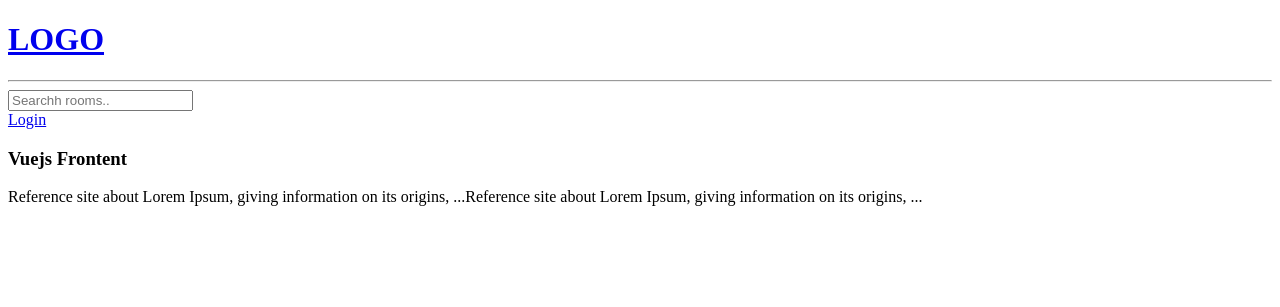
Repository: Dibbya65/Django-Basic
Page: http://localhost/room/13
The author's editor kept a copy of each file at every save. The page is drawn from the files as they stood at one save, then again after the next save.
The browser window is 1280 px wide. The pictures show the whole page.
The page is served by the project's application, run on Django 3.2 (manage.py). Other server files are loaded and not shown. The page reads the database file committed with the project.

Above is the page before, as saved 2021-11-16 03:01:54.

### base/templates/base/single-room.html
{% extends 'layouts/master.html' %}
{% block title %}{{room.name}}{% endblock title %}
{% block content %}
<h3>{{ room.name}} </h3>
<p>{{room.description}}</p>
{% endblock content %}

### templates/layouts/master.html
<!DOCTYPE html>
<html lang="en">

  <head>
    <meta charset="UTF-8" />
    <meta http-equiv="X-UA-Compatible" content="IE=edge" />
    <meta name="viewport" content="width=device-width, initial-scale=1.0" />
    <title>MySite | {% block title %} {% endblock %}</title>
  </head>

  <body>
    <a href="/">
      <h1>LOGO</h1>
    </a>
    <hr>
    <form action="{% url 'home' %}" method="GET">
      <input type="text" name="q" placeholder="Searchh rooms.." />
    </form>
    {% if request.user.is_authenticated %}
    <p>Hello {{ request.user.username }}</p>
    <a href="{% url 'logout' %}">Logout</a>
    {%else%}
    <a href="{% url 'login' %}">Login</a>
    {% endif %}
    {% if messages %}
    <ul class="messages">
      {% for message in messages %}
      <li>{{ message }}</li>
      {% endfor %}
    </ul>
    {% endif %}
    {% block content %}{% endblock %}
  </body>

</html>

### base/models.py
from django.db import models
from django.contrib.auth.models import User
# Create your models here.


# topic model
class Topic(models.Model):
    name = models.CharField(max_length=200)

    def __str__(self):
        return self.name

# room model


class Room(models.Model):
    host = models.ForeignKey(User, on_delete=models.SET_NULL, null=True)
    topic = models.ForeignKey(Topic, on_delete=models.SET_NULL, null=True)
    name = models.CharField(max_length=200)
    description = models.TextField(null=True, blank=True)
    Active = 'Active'
    Deactive = 'Deactive'
    STATUS_CHOICE = ((Active, Active), (Deactive, Deactive))
    status = models.CharField(
        max_length=50, choices=STATUS_CHOICE, default=Deactive)
    created_at = models.DateTimeField(auto_now_add=True)
    updated_at = models.DateTimeField(auto_now=True)

    class Meta:
        ordering = ['-updated_at', '-created_at']

    # string representation
    def __str__(self):
        return self.name

# message model


class Message(models.Model):
    user = models.ForeignKey(User, on_delete=models.CASCADE)
    room = models.ForeignKey(Room, on_delete=models.CASCADE)
    body = models.TextField()
    created_at = models.DateTimeField(auto_now_add=True)
    updated_at = models.DateTimeField(auto_now=True)

    def __str__(self):
        return self.body[0:50]

### base/views.py
from django.shortcuts import render, redirect
from django.http import HttpResponse
from django.db.models import Q
from django.contrib.auth.models import User
from django.contrib.auth import authenticate, login, logout
from django.contrib.auth.forms import UserCreationForm
from django.contrib import messages
from django.contrib.auth.decorators import login_required
from .models import Room, Topic
from .forms import RoomForm

# Create your views here.


def login_page(request):
    page = "login"

    if request.user.is_authenticated:
        return redirect("home")

    if request.method == "POST":
        username = request.POST.get("username").lower()
        password = request.POST.get("password")

        try:
            user = User.objects.get(username=username)
        except:
            messages.error(request, "User does not exist")

        user = authenticate(request, username=username, password=password)

        if user is not None:
            login(request, user)
            return redirect("home")
        else:
            messages.error(request, "Invalid credentials")

    context = {"page": page}
    return render(request, "base/login.html", context)


def logout_user(request):
    logout(request)
    return redirect("home")


def register_page(request):
    form = UserCreationForm()

    if request.method == "POST":
        form = UserCreationForm(request.POST)
        if form.is_valid():
            user = form.save(commit=False)
            user.username = user.username.lower()
            user.save()

            login(request, user)

            return redirect("home")
        else:
            messages.error(request, "User registration failed")

    context = {"form": form}

    return render(request, "base/login.html", context)


def home(request):
    q = request.GET.get("q") if request.GET.get("q") != None else ""
    rooms = Room.objects.filter(
        Q(topic__name__icontains=q) | Q(name__icontains=q) | Q(description__icontains=q)
    )
    topics = Topic.objects.all()
    room_count = rooms.count()
    context = {"rooms": rooms, "topics": topics, "room_count": room_count}
    return render(request, "base/home.html", context)


def room(request):
    rooms = Room.objects.all()
    context = {"rooms": rooms}
    return render(request, "base/room.html", context)


def roomdetail(request, pk):
    room = Room.objects.get(id=pk)
    context = {"room": room}
    return render(request, "base/single-room.html", context)


@login_required(login_url="login")
def create_room(request):
    form = RoomForm()
    if request.method == "POST":
        form = RoomForm(request.POST)
        if form.is_valid():
            form.save()
            return redirect("home")

    context = {"form": form}
    return render(request, "base/room_form.html", context)


@login_required(login_url="login")
def update_room(request, pk):
    room = Room.objects.get(id=pk)
    form = RoomForm(instance=room)

    if request.user != room.host:
        return HttpResponse("Unauthenticated!")

    if request.method == "POST":
        form = RoomForm(request.POST, instance=room)
        if form.is_valid():
            form.save()
            return redirect("home")

    context = {"form": form}
    return render(request, "base/room_form.html", context)


@login_required(login_url="login")
def delete_room(request, pk):
    room = Room.objects.get(id=pk)
    if request.user != room.host:
        return HttpResponse("Unauthenticated!")

    if request.method == "POST":
        room.delete()
        return redirect("home")
    return render(request, "base/delete.html", {"obj": room})

### studybud/urls.py
"""studybud URL Configuration

The `urlpatterns` list routes URLs to views. For more information please see:
    https://docs.djangoproject.com/en/3.2/topics/http/urls/
Examples:
Function views
    1. Add an import:  from my_app import views
    2. Add a URL to urlpatterns:  path('', views.home, name='home')
Class-based views
    1. Add an import:  from other_app.views import Home
    2. Add a URL to urlpatterns:  path('', Home.as_view(), name='home')
Including another URLconf
    1. Import the include() function: from django.urls import include, path
    2. Add a URL to urlpatterns:  path('blog/', include('blog.urls'))
"""
from django.contrib import admin
from django.urls import path, include


urlpatterns = [
    path('admin/', admin.site.urls),
    path('', include('base.urls'))
]

### base/urls.py
from django.urls import path
from . import views

urlpatterns = [
    path("login/", views.login_page, name="login"),
    path("register/", views.register_page, name="register"),
    path("logout/", views.logout_user, name="logout"),
    path("", views.home, name="home"),
    path("room/", views.room, name="room"),
    path("room/<str:pk>", views.roomdetail, name="room-detail"),
    path("create/room/", views.create_room, name="create-room"),
    path("update/room/<str:pk>/", views.update_room, name="update-room"),
    path("delete/room/<str:pk>/", views.delete_room, name="delete-room"),
]

### db.sqlite3 (the tables this page reads, as SQL)
CREATE TABLE "base_room" ("id" integer NOT NULL PRIMARY KEY AUTOINCREMENT, "name" varchar(200) NOT NULL, "description" text NULL, "status" varchar(50) NOT NULL, "created_at" datetime NOT NULL, "updated_at" datetime NOT NULL, "host_id" integer NULL REFERENCES "auth_user" ("id") DEFERRABLE INITIALLY DEFERRED, "topic_id" bigint NULL REFERENCES "base_topic" ("id") DEFERRABLE INITIALLY DEFERRED);
INSERT INTO "base_room" VALUES
(2, 'Python', '', 'Deactive', '2021-11-14 05:23:25.762339', '2021-11-18 15:37:04.256833', 2, 4),
(4, 'MERN', 'LLLLLLLLLLLLLLLLLLLLLLLLLLLLLLLLLLLLLLLorem', 'Deactive', '2021-11-14 05:23:38.846450', '2021-11-17 11:30:16.453294', 1, 3),
(7, 'Python Basic', '', 'Deactive', '2021-11-14 12:32:58.730800', '2021-11-14 12:32:58.730800', 1, 1),
(8, 'Python Basic', '', 'Deactive', '2021-11-15 09:51:28.888430', '2021-11-15 09:51:28.888430', 1, 1),
(9, 'Django Room', 'Reference site about Lorem Ipsum, giving information on its origins, as well as a random Lipsum generator.', 'Deactive', '2021-11-15 09:53:06.866918', '2021-11-17 11:29:38.106094', 2, 4),
(10, 'Study Reactjs', 'Hello from learning react js', 'Active', '2021-11-18 13:20:54.521854', '2021-11-18 13:20:54.522855', 1, 3),
(11, 'Are you interest in Learning Web Development?', 'Lorem ipsum, or lipsum as it is sometimes known, is dummy text used in laying out print, graphic or web designs. The passage is attributed to an unknown ...', 'Active', '2021-11-19 12:49:53.172046', '2021-11-19 12:49:53.172046', 1, 2),
(12, 'Let''s Learn C++ Gaming', 'Lorem ipsum is a pseudo-Latin text used in web design, typography, layout, and printing in place of English to emphasise design elements over content. It''s also ...', 'Deactive', '2021-11-19 15:34:35.009148', '2021-11-19 15:41:00.554091', 1, 5),
(13, 'Vuejs Frontent', 'Reference site about Lorem Ipsum, giving information on its origins, ...Reference site about Lorem Ipsum, giving information on its origins, ...', 'Deactive', '2021-11-20 10:40:24.435527', '2021-11-20 10:40:24.435527', 4, 6);

After the next save:
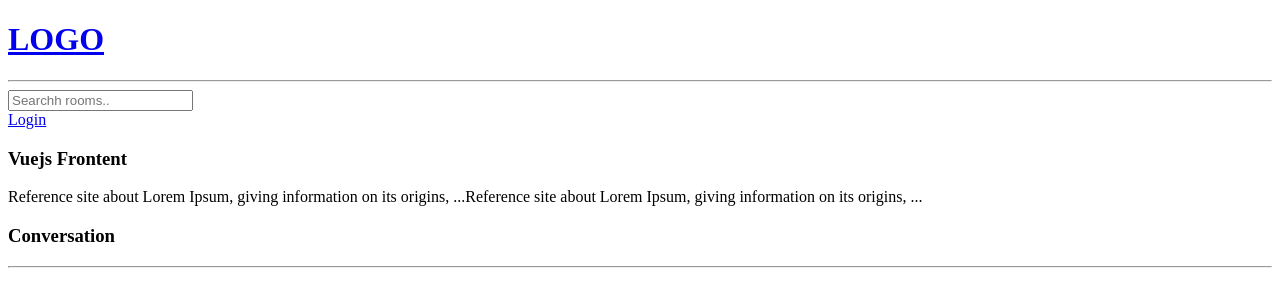
Saved 33 s later.
--- a/base/templates/base/single-room.html
+++ b/base/templates/base/single-room.html
@@ -3,4 +3,10 @@
 {% block content %}
 <h3>{{ room.name}} </h3>
 <p>{{room.description}}</p>
+
+<div class="comment-wrapper">
+    <h3>Conversation</h3>
+    <hr>
+</div>
+
 {% endblock content %}
